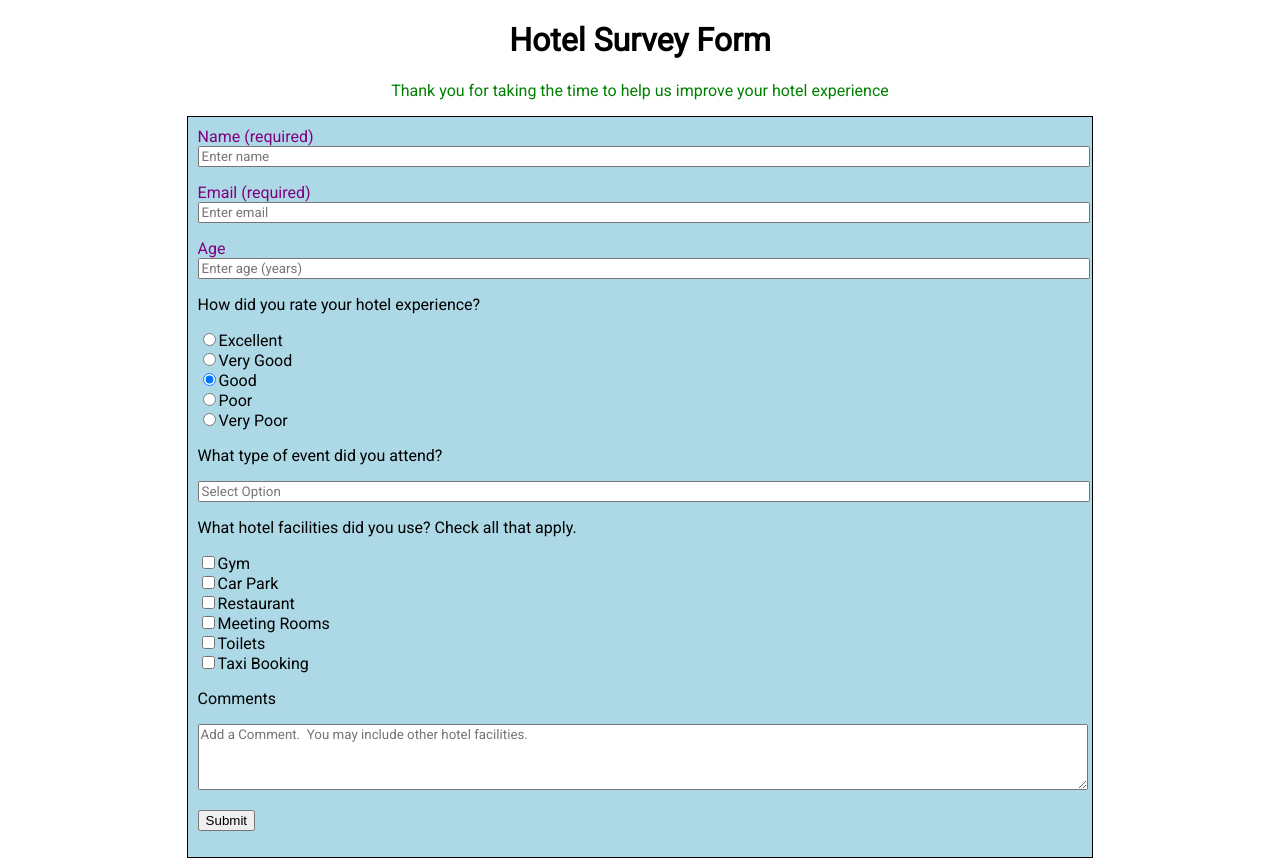
Repository: derektypist/survey-form
Page: index.html
The author's editor kept a record of every edit. The page is drawn from the files as they stood at one moment, then again after the next edit.
The browser window is 1280 px wide. The pictures show the whole page.

Above is the page before.

After the next edit:
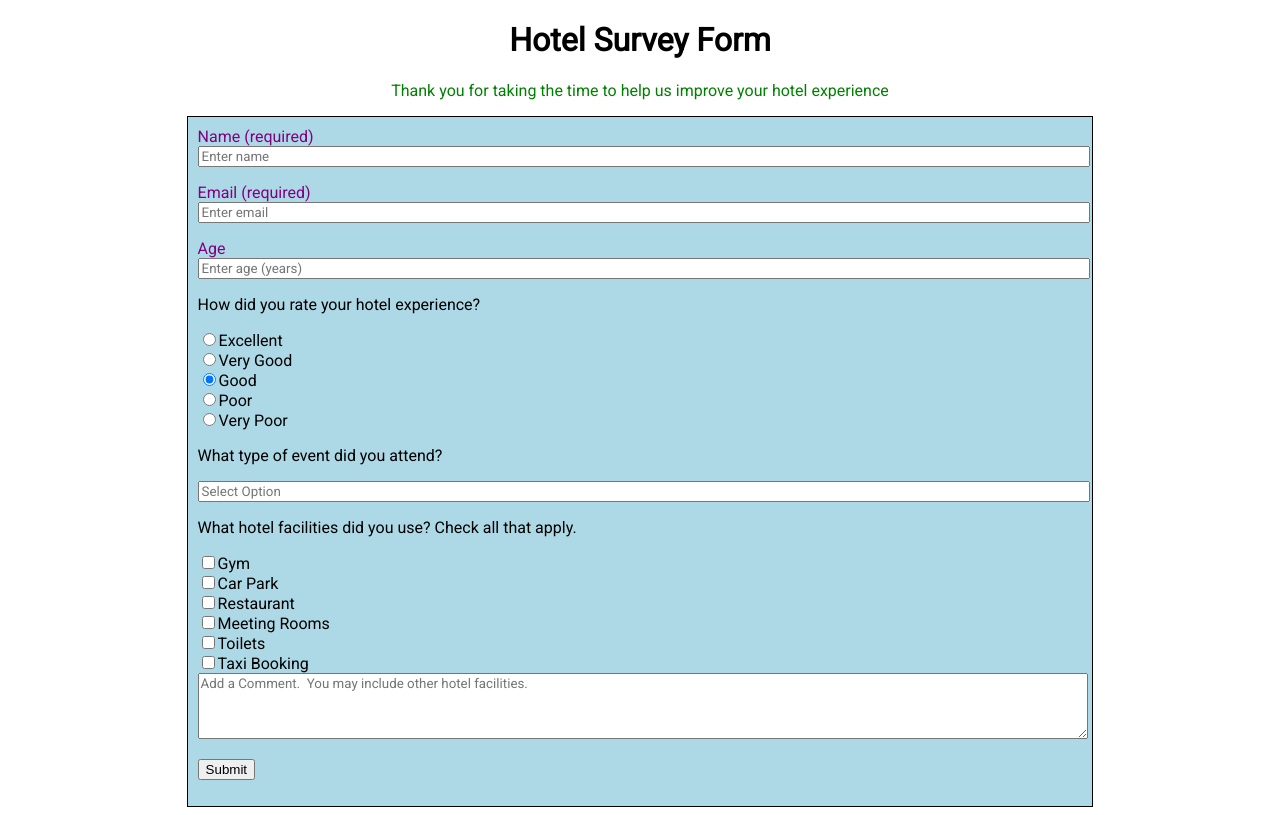
The edit:
--- a/index.html
+++ b/index.html
@@ -150,7 +150,7 @@
                 <br>
                 <input type="checkbox" name="facility6" value="Taxi Booking">Taxi Booking
                 <br>
-                <p>Comments</p>
+
 
                 <!-- Provide Text Area -->
                 <textarea placeholder="Add a Comment.  You may include other hotel facilities." rows="4"></textarea>

After the edit that followed:
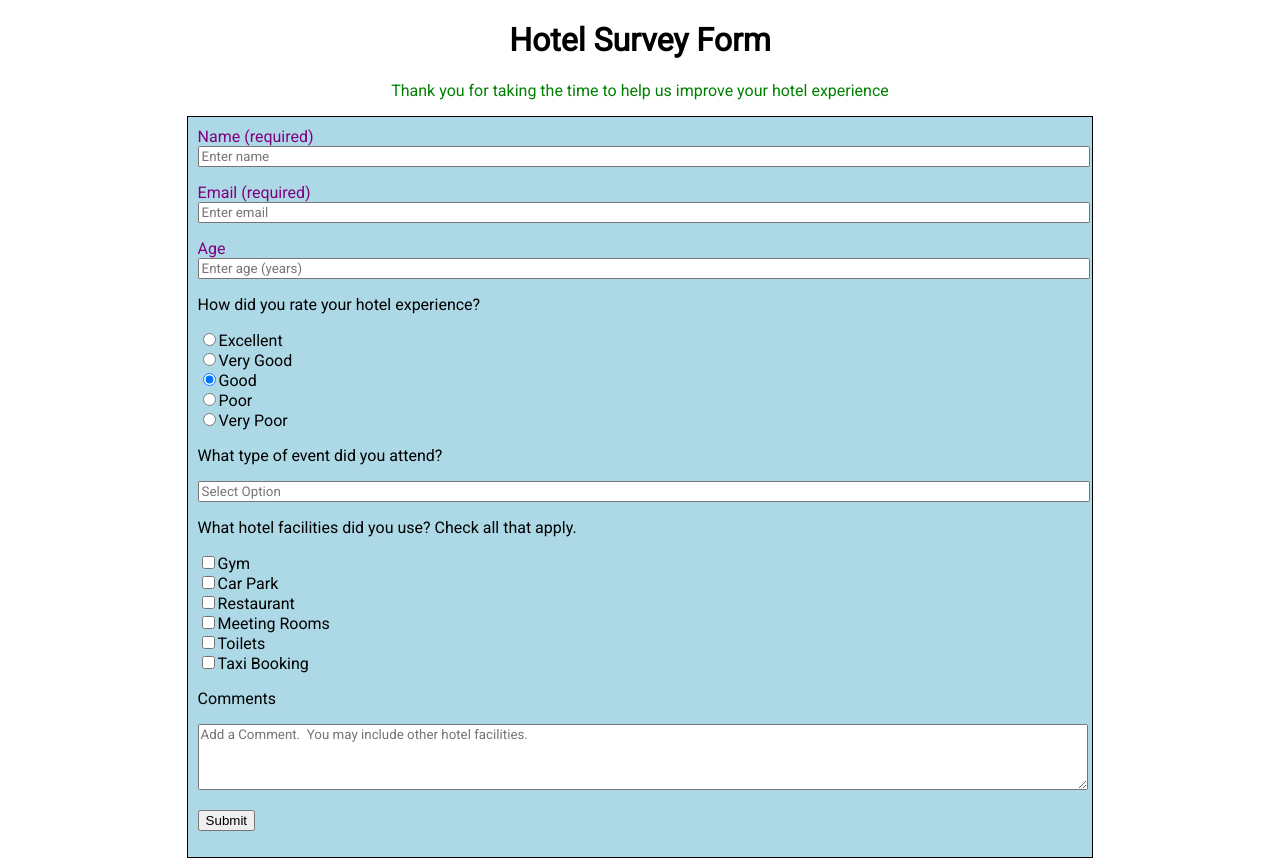
The edit:
--- a/index.html
+++ b/index.html
@@ -153,6 +153,7 @@
 
 
                 <!-- Provide Text Area -->
+                <p>Comments</p>
                 <textarea placeholder="Add a Comment.  You may include other hotel facilities." rows="4"></textarea>
 
                 <!-- Provide Submit Button -->
